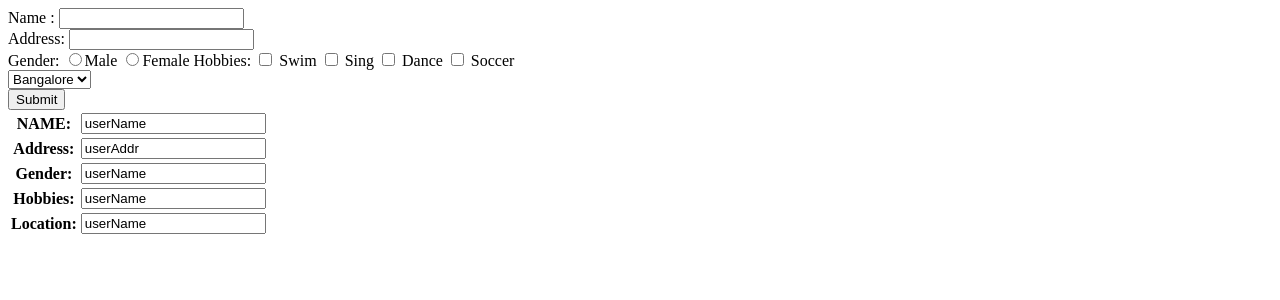
Repository: 164424-RoshanKanwal/All_Assignments
Page: MyFirstProject/WebContent/HTML/userForm.html
These files come from the project's save history. The page is drawn as it stood at one moment and after the next save; the edit follows.
The browser window is 1280 px wide. The pictures show the whole page.

Above is the page before, as saved 2018-12-03 12:48:58.

### MyFirstProject/WebContent/HTML/userForm.html
<!DOCTYPE html>
<html>
<head>
<meta charset="ISO-8859-1">
<title>Insert title here</title>
</head>
<body>
<form action ="/MyFirstProject/first" method = "get">
Name : <input type="text" name = "userName" id = "userId"><br>
Address:  <input type="text" name = "userAddr" id = "userAddr"><br>
Gender: <input type="radio" name = "gender" id = "userM">Male
<input type="radio" name = "gender" id = "userF">Female
Hobbies: <input type = "checkbox" name = "Swim"> Swim
<input type = "checkbox" name = "Sing"> Sing
<input type = "checkbox" name = "Dance"> Dance
<input type = "checkbox" name = "Soccer"> Soccer
<br>



<select>
<option value = "bangalore">Bangalore</option>
<option value ="mumbai">Mumbai</option>
<option value ="delhi">Delhi</option>
<option value ="pune">Pune</option>
</select>
<br>
<input type = "Submit" value="Submit">

</form>
</body>
</html>


<table>
<tr><th>NAME:</th>
<td><input type= "text" name ="uname" value = "userName"/></td></tr>

<tr><th>Address:</th>
<td><input type= "text" name ="uaddr" value = "userAddr"/></td></tr>

<tr><th>Gender:</th>
<td><input type= "text" name ="uname" value = "userName"/></td></tr>

<tr><th>Hobbies:</th>
<td><input type= "text" name ="uname" value = "userName"/></td></tr>

<tr><th>Location:</th>
<td><input type= "text" name ="uname" value = "userName"/></td></tr>





</table>

After the next save:
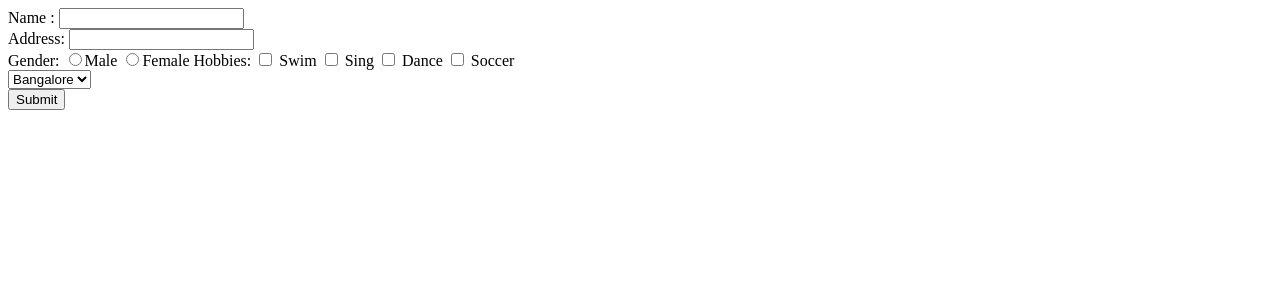
Saved 24 s later.
--- a/MyFirstProject/WebContent/HTML/userForm.html
+++ b/MyFirstProject/WebContent/HTML/userForm.html
@@ -31,7 +31,7 @@ Hobbies: <input type = "checkbox" name = "Swim"> Swim
 </body>
 </html>
 
-
+<!--
 <table>
 <tr><th>NAME:</th>
 <td><input type= "text" name ="uname" value = "userName"/></td></tr>
@@ -52,4 +52,4 @@ Hobbies: <input type = "checkbox" name = "Swim"> Swim
 
 
 
-</table>
+</table>-->
